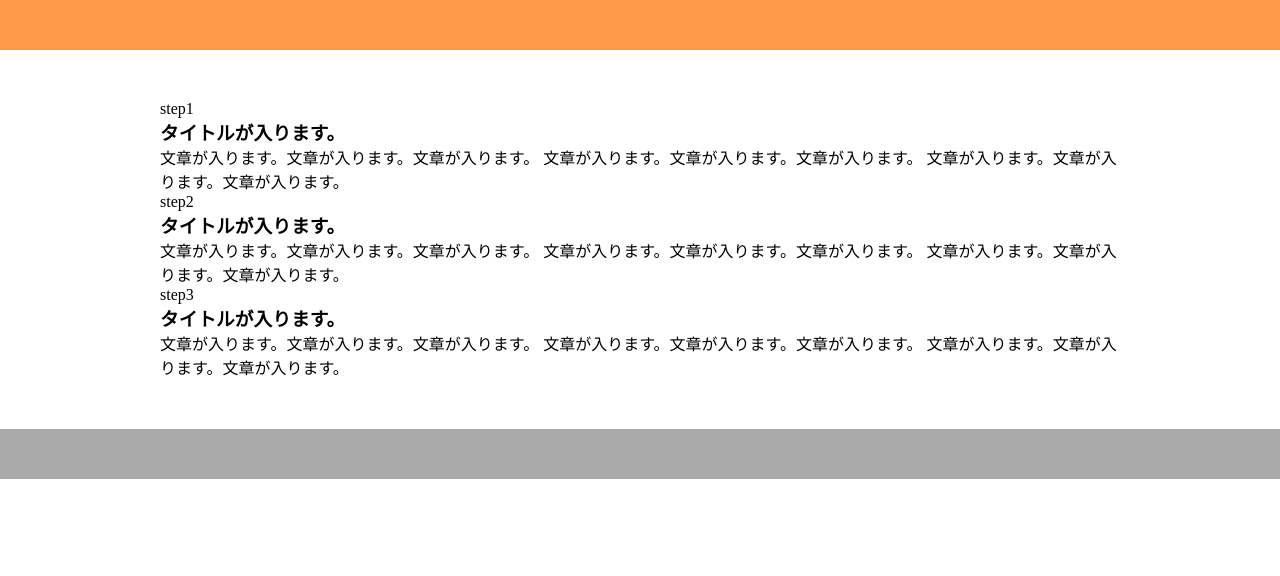
Repository: momopomi/htmlcss
Page: 1-10/1-10.html
The author's editor kept a record of every edit. The page is drawn from the files as they stood at one moment, then again after the next edit.
The browser window is 1280 px wide. The pictures show the whole page.
Some web libraries are served in a nearby version.

Above is the page before.

### 1-10/1-10.html
<!DOCTYPE html>
<html lang="ja">
  <head>
    <meta charset="UTF-8" />
    <script src="https://kit.fontawesome.com/fdb695ff91.js" crossorigin="anonymous"></script>
    <!-- CSSファイルの読み込み -->
    <link rel="stylesheet" href="1-10.css" />
    <title>CARAVAN</title>
  </head>

  <body>
    <header>
    </header>

    <main>
      <div class="big-box">
        <div class="box">
          <span>step1</span>
          <div class="background1"></div>
          <h3>タイトルが入ります。</h3>
          <p>文章が入ります。文章が入ります。文章が入ります。
             文章が入ります。文章が入ります。文章が入ります。
             文章が入ります。文章が入ります。文章が入ります。</p>
        </div>

        <div class="box">
          <span>step2</span>
          <div class="background2"></div>
          <h3>タイトルが入ります。</h3>
          <p>文章が入ります。文章が入ります。文章が入ります。
             文章が入ります。文章が入ります。文章が入ります。
             文章が入ります。文章が入ります。文章が入ります。</p>
        </div>

        <div class="box">
          <span>step3</span>
          <div class="background3"></div>
          <h3>タイトルが入ります。</h3>
          <p>文章が入ります。文章が入ります。文章が入ります。
             文章が入ります。文章が入ります。文章が入ります。
             文章が入ります。文章が入ります。文章が入ります。</p>
        </div>

      </div>
    </main>

    <footer>
    </footer>
  </body>
</html>

### 1-10/1-10.css
* {
  box-sizing: border-box;
  margin: 0;
  padding: 0;
}

header {
  height: 50px;
  background-color: #ff9a4b;
}

main {
  width: 960px;
  margin: 50px auto;
  display: flex;
}

.step-box {
  width: 300px;
  margin-right: 30px;
  padding: 10px;
  position: relative;
  background-color: #eee;
}

.step-box:last-child {
  margin-right: 0;
}

.step-img1 {
  height: 150px;
  background-image: url(img/flow01.png);
  background-position: bottom;
  background-size: cover;
}

.step-img2 {
  height: 150px;
  background-image: url(img/flow02.png);
  background-position: bottom;
  background-size: cover;
}

.step-img3 {
  height: 150px;
  background-image: url(img/flow03.png);
  background-position: bottom;
  background-size: cover;
}

.step-num {
  position: absolute;
  top: 0;
  left: 0;
  background-color: #ff9a4b;
  color: #fff;
}

.title {
  margin: 15px 0 5px;
}

footer {
  height: 50px;
  background-color: #aaa;
}

@media screen and (max-width:768px) {
  header {
    width: 100%;
  }

  main {
    width: 100%;
    margin: 20px auto;
    display: boxx;
  }

  .step-box {
    width: 300px;
    margin-right: 30px;
    padding: 10px;
    position: relative;
    background-color: #eee;
  }

  .step-box:last-child {
    margin-right: 0;
  }

  .step-img1 {
    height: 150px;
    background-image: url(img/flow01.png);
    background-position: bottom;
    background-size: cover;
  }

  .step-img2 {
    height: 150px;
    background-image: url(img/flow02.png);
    background-position: bottom;
    background-size: cover;
  }

  .step-img3 {
    height: 150px;
    background-image: url(img/flow03.png);
    background-position: bottom;
    background-size: cover;
  }

  .step-num {
    position: absolute;
    top: 0;
    left: 0;
    background-color: #ff9a4b;
    color: #fff;
  }

  .title {
    margin: 15px 0 5px;
  }

  footer {
    height: 50px;
    background-color: #aaa;
  }
}

After the next edit:
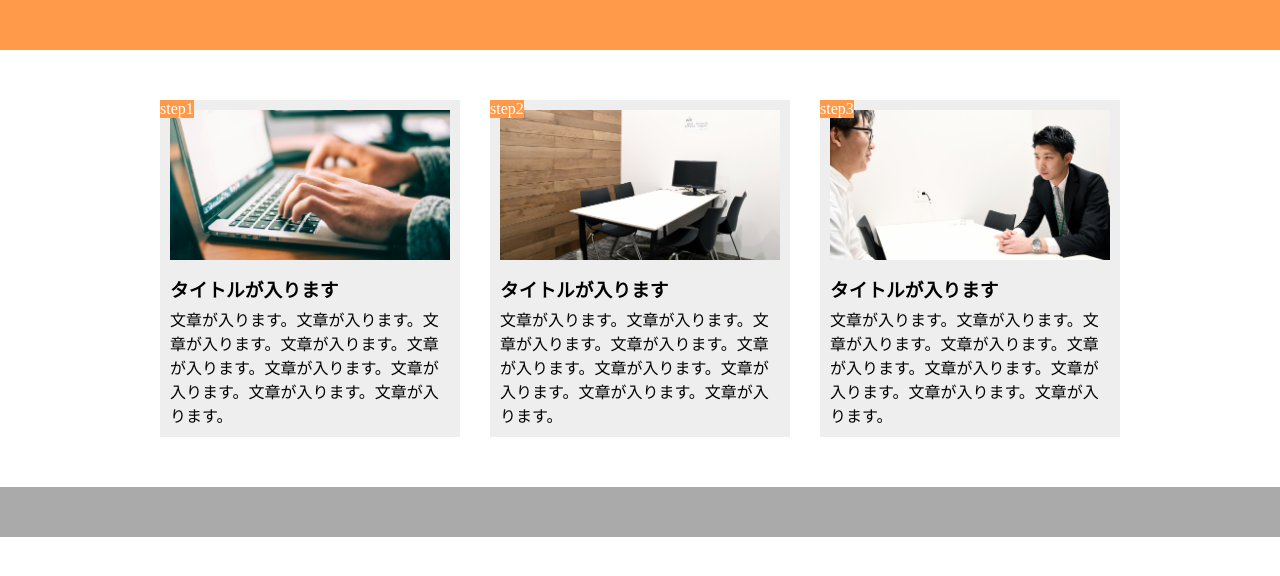
The edit:
--- a/1-10/1-10.html
+++ b/1-10/1-10.html
@@ -2,49 +2,40 @@
 <html lang="ja">
   <head>
     <meta charset="UTF-8" />
-    <script src="https://kit.fontawesome.com/fdb695ff91.js" crossorigin="anonymous"></script>
-    <!-- CSSファイルの読み込み -->
+    <meta name="viewport" content="width=device-width,initial-scale=1.0">
+    <title>9章演習</title>
     <link rel="stylesheet" href="1-10.css" />
-    <title>CARAVAN</title>
   </head>
+  <body>
+    <header></header>
+    <main>
+      <div class="step-box">
+        <div class="step-img1"></div>
+        <span class="step-num">step1</span>
+        <h3 class="title">タイトルが入ります</h3>
+        <p class="text">
+          文章が入ります。文章が入ります。文章が入ります。文章が入ります。文章が入ります。文章が入ります。文章が入ります。文章が入ります。文章が入ります。
+        </p>
+      </div>
 
-  <body>
-    <header>
-    </header>
+      <div class="step-box">
+        <div class="step-img2"></div>
+        <span class="step-num">step2</span>
+        <h3 class="title">タイトルが入ります</h3>
+        <p class="text">
+          文章が入ります。文章が入ります。文章が入ります。文章が入ります。文章が入ります。文章が入ります。文章が入ります。文章が入ります。文章が入ります。
+        </p>
+      </div>
 
-    <main>
-      <div class="big-box">
-        <div class="box">
-          <span>step1</span>
-          <div class="background1"></div>
-          <h3>タイトルが入ります。</h3>
-          <p>文章が入ります。文章が入ります。文章が入ります。
-             文章が入ります。文章が入ります。文章が入ります。
-             文章が入ります。文章が入ります。文章が入ります。</p>
-        </div>
-
-        <div class="box">
-          <span>step2</span>
-          <div class="background2"></div>
-          <h3>タイトルが入ります。</h3>
-          <p>文章が入ります。文章が入ります。文章が入ります。
-             文章が入ります。文章が入ります。文章が入ります。
-             文章が入ります。文章が入ります。文章が入ります。</p>
-        </div>
-
-        <div class="box">
-          <span>step3</span>
-          <div class="background3"></div>
-          <h3>タイトルが入ります。</h3>
-          <p>文章が入ります。文章が入ります。文章が入ります。
-             文章が入ります。文章が入ります。文章が入ります。
-             文章が入ります。文章が入ります。文章が入ります。</p>
-        </div>
-
+      <div class="step-box">
+        <div class="step-img3"></div>
+        <span class="step-num">step3</span>
+        <h3 class="title">タイトルが入ります</h3>
+        <p class="text">
+          文章が入ります。文章が入ります。文章が入ります。文章が入ります。文章が入ります。文章が入ります。文章が入ります。文章が入ります。文章が入ります。
+        </p>
       </div>
     </main>
-
-    <footer>
-    </footer>
+    <footer></footer>
   </body>
 </html>
